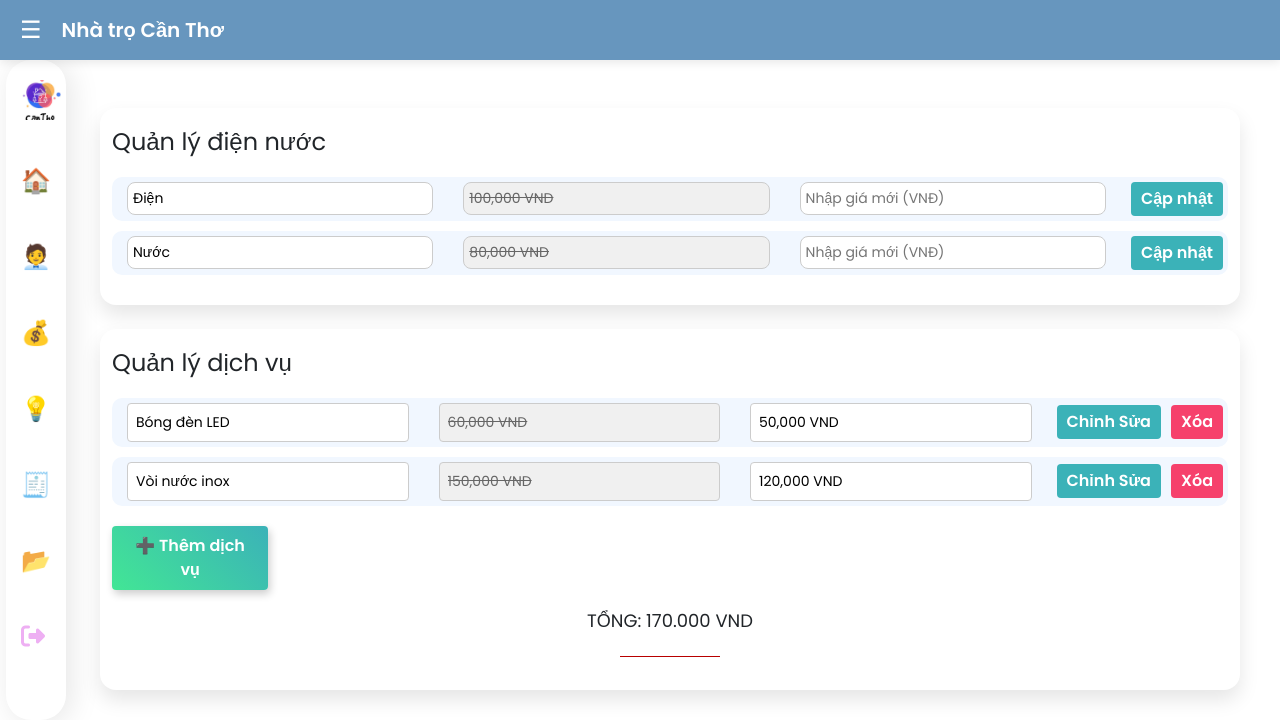
Repository: nhutty0402/DoAn02
Page: HTML/dichvu.html
An editor plug-in stored every save of this project. The page is shown before and after the next save, followed by the edit.
The browser window is 1280 px wide. The pictures show the whole page.

Above is the page before, as saved 2025-03-21 00:06:05.

After the next save:
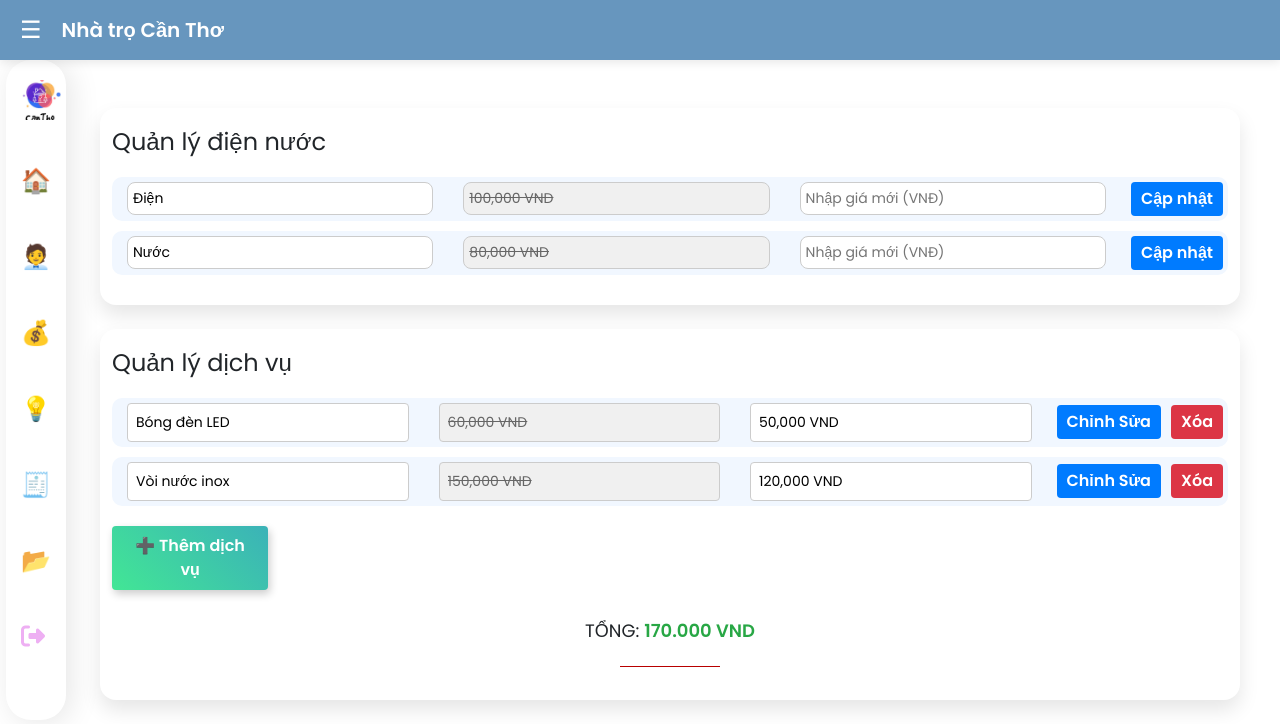
Saved 4 s later.
--- a/CSS/dichvu.css
+++ b/CSS/dichvu.css
@@ -513,3 +513,67 @@ input[readonly].old-price {
   font-size: 18px;
   margin-top: 20px;
 }
+.container {
+  max-width: 800px;
+  margin: 0 auto;
+  padding: 20px;
+}
+
+.cf-title-03 h3 {
+  font-size: 24px;
+  margin-bottom: 20px;
+}
+
+.service {
+  display: flex;
+  align-items: center;
+  gap: 10px;
+  margin-bottom: 10px;
+}
+
+.service input {
+  padding: 8px;
+  border: 1px solid #ccc;
+  border-radius: 4px;
+  width: 200px;
+}
+
+.btn-group {
+  display: flex;
+  gap: 5px;
+}
+
+.update-btn, .edit-btn, .delete-btn, .add-btn {
+  padding: 8px 15px;
+  border: none;
+  border-radius: 4px;
+  cursor: pointer;
+  color: white;
+}
+
+.edit-btn {
+  background-color: #ff6200; /* Màu cam cho nút "Chỉnh sửa" */
+}
+
+.update-btn {
+  background-color: #007bff; /* Màu xanh dương cho nút "Cập nhật" */
+}
+
+.delete-btn {
+  background-color: #dc3545; /* Màu đỏ cho nút "Xóa" */
+}
+
+.add-btn {
+  background-color: #28a745; /* Màu xanh lá cho nút "Thêm dịch vụ" */
+  margin: 10px 0;
+}
+
+.cf-title-01 h6 {
+  font-size: 18px;
+  margin-top: 20px;
+}
+
+#total-price {
+  color: #28a745;
+  font-weight: bold;
+}

After the save that followed:
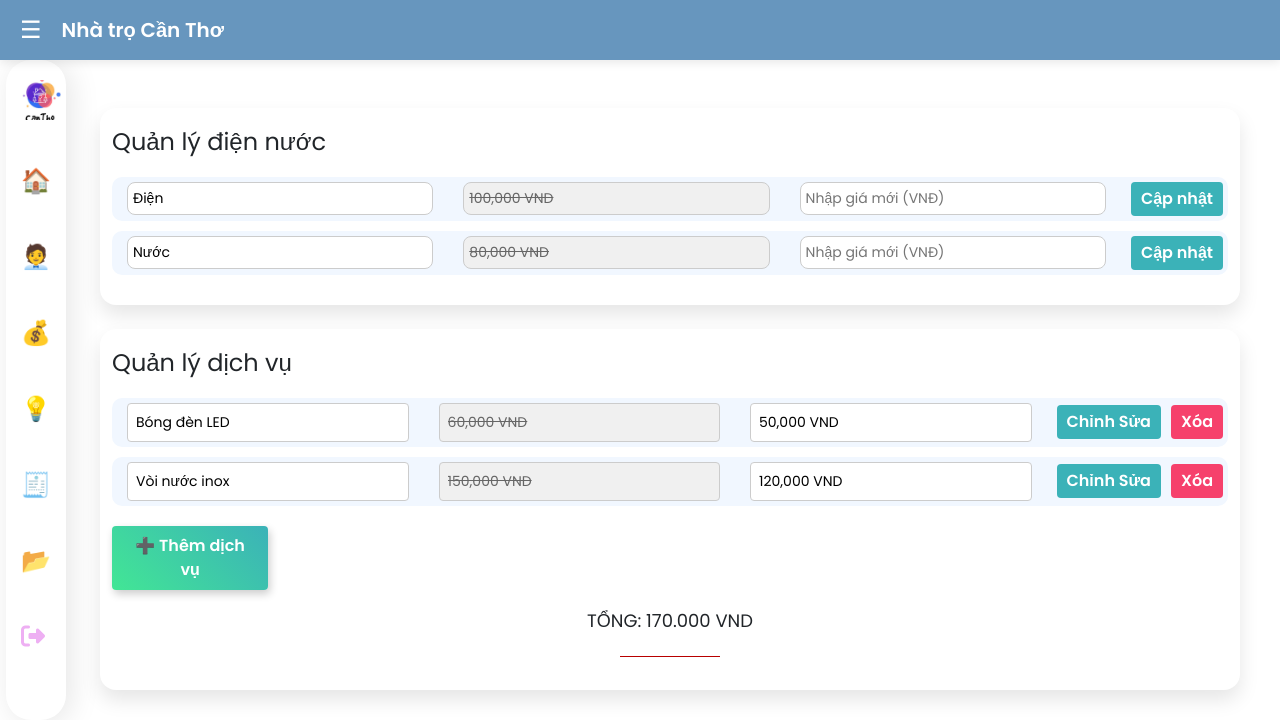
Saved 8 s later.
--- a/CSS/dichvu.css
+++ b/CSS/dichvu.css
@@ -513,67 +513,3 @@ input[readonly].old-price {
   font-size: 18px;
   margin-top: 20px;
 }
-.container {
-  max-width: 800px;
-  margin: 0 auto;
-  padding: 20px;
-}
-
-.cf-title-03 h3 {
-  font-size: 24px;
-  margin-bottom: 20px;
-}
-
-.service {
-  display: flex;
-  align-items: center;
-  gap: 10px;
-  margin-bottom: 10px;
-}
-
-.service input {
-  padding: 8px;
-  border: 1px solid #ccc;
-  border-radius: 4px;
-  width: 200px;
-}
-
-.btn-group {
-  display: flex;
-  gap: 5px;
-}
-
-.update-btn, .edit-btn, .delete-btn, .add-btn {
-  padding: 8px 15px;
-  border: none;
-  border-radius: 4px;
-  cursor: pointer;
-  color: white;
-}
-
-.edit-btn {
-  background-color: #ff6200; /* Màu cam cho nút "Chỉnh sửa" */
-}
-
-.update-btn {
-  background-color: #007bff; /* Màu xanh dương cho nút "Cập nhật" */
-}
-
-.delete-btn {
-  background-color: #dc3545; /* Màu đỏ cho nút "Xóa" */
-}
-
-.add-btn {
-  background-color: #28a745; /* Màu xanh lá cho nút "Thêm dịch vụ" */
-  margin: 10px 0;
-}
-
-.cf-title-01 h6 {
-  font-size: 18px;
-  margin-top: 20px;
-}
-
-#total-price {
-  color: #28a745;
-  font-weight: bold;
-}
